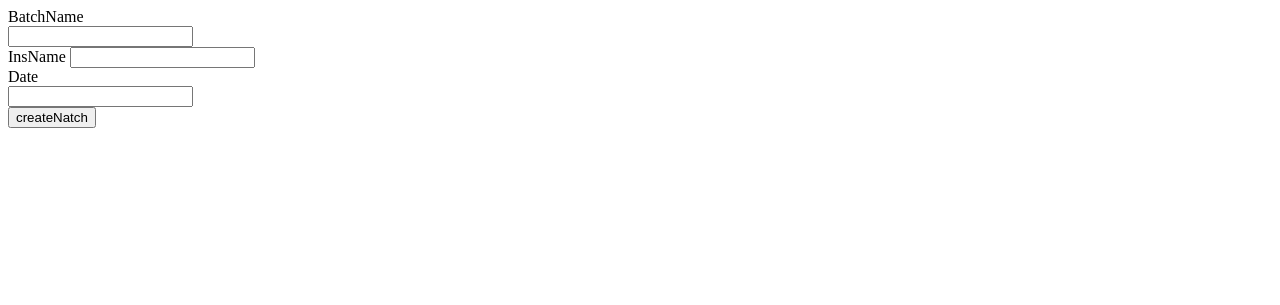
Repository: ark0000/gitL
Page: sevs/src/main/webapp/add-batch.html
The author's editor kept a copy of each file at every save. The page is drawn from the files as they stood at one save, then again after the next save.
The browser window is 1280 px wide. The pictures show the whole page.

Above is the page before, as saved 2024-03-03 04:29:51.

After the next save:
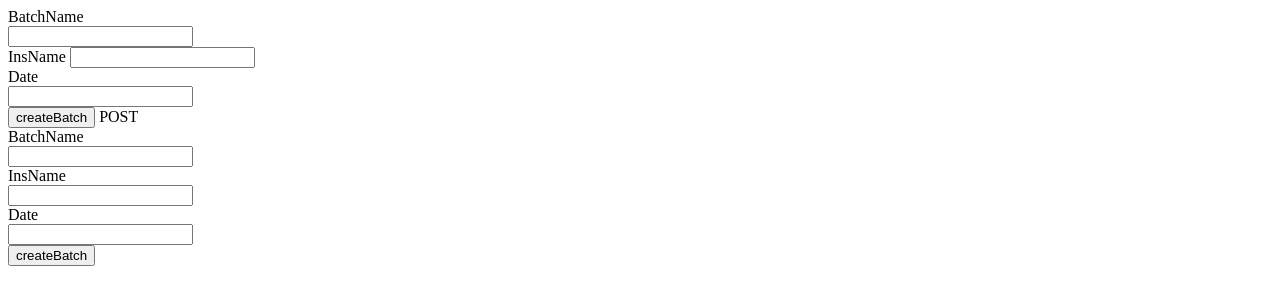
Saved 96 s later.
--- a/sevs/src/main/webapp/add-batch.html
+++ b/sevs/src/main/webapp/add-batch.html
@@ -13,10 +13,20 @@
 <label for="">Date</label><br>
 <input  type="text" name="Date" ><br>
 
-<input  type="submit" name="batch" value="createNatch" >
+<input  type="submit" name="batch" value="createBatch" >
+POST
+</form>
+
+<form action="addbatch" method="post">
+<label for="">BatchName</label><br>
+<input  type="text" name="batchName" ><br>
+<label for="">InsName</label><br>
+<input  type="text" name="InsName" ><br>
+<label for="">Date</label><br>
+<input  type="text" name="Date" ><br>
+
+<input  type="submit" name="batch" value="createBatch" >
 
 </form>
-
-
 </body>
 </html>
